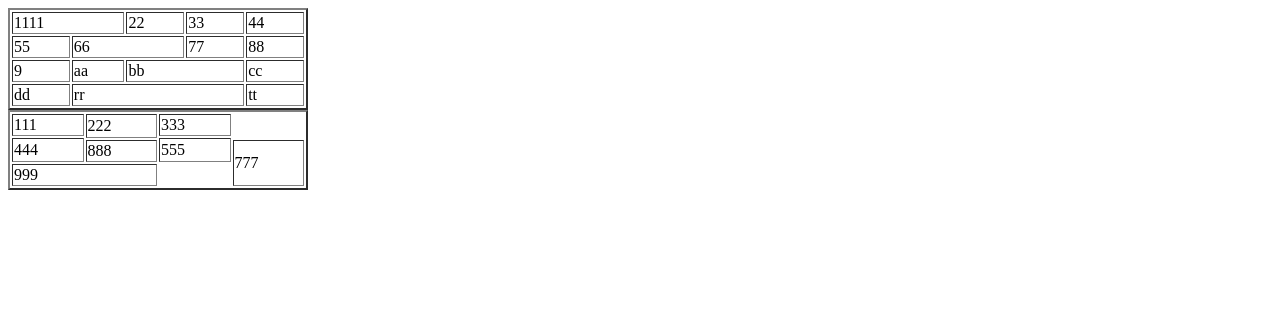
Repository: KseniaMakara/Web
Page: tables/index.html
These files come from the project's save history. The page is drawn as it stood at one moment and after the next save; the edit follows.
The browser window is 1280 px wide. The pictures show the whole page.

Above is the page before, as saved 2021-02-14 14:28:25.

### tables/index.html
<table border="2px" width="300px">

    <tr>
        <td colspan="2"> 1111 </td>
        <td> 22 </td>
        <td> 33 </td>
        <td> 44 </td>

    </tr>
    <tr>
        <td> 55 </td>
        <td colspan="2"> 66 </td>
        <td > 77 </td>
        <td> 88 </td>
    </tr>
    <tr>
        <td> 9 </td>
        <td > aa </td>
        <td colspan="2"> bb </td>
        <td> cc </td>
    </tr>
    <tr>
        <td> dd </td>
        <td colspan="3"> rr </td>
        <td> tt </td>
    </tr>

    </table>


    <table border="2px" width="300px">

        <tr>
            <td > 111 </td>
            <td rowspan="2">  222 </td>
            <td> 333 </td>

        </tr>
        <tr>
            <td rowspan="2"> 444 </td>
            <td rowspan="2"> 555 </td>

        </tr>
        <tr>
            <td> 888 </td>
            <td rowspan="3" > 777 </td>
        </tr>
        <tr>
            <td colspan = "2"> 999 </td>
        </tr>
        </table>

After the next save:
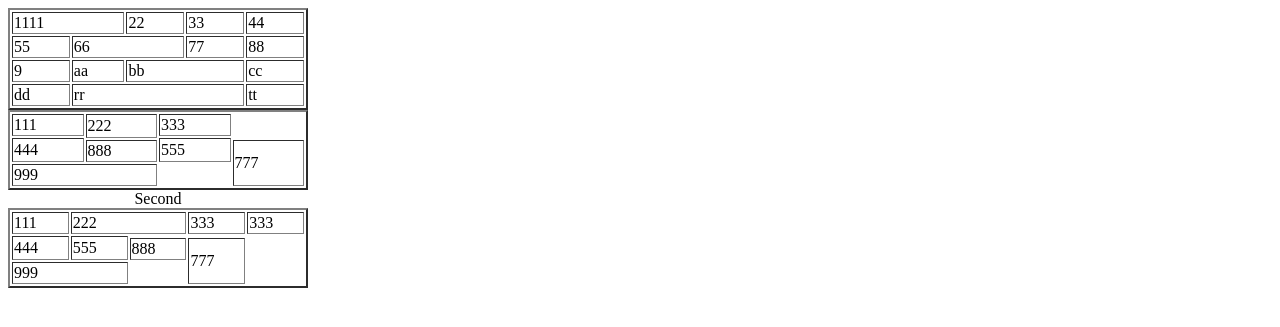
Saved 2 min 44 s later.
--- a/tables/index.html
+++ b/tables/index.html
@@ -49,3 +49,26 @@
             <td colspan = "2"> 999 </td>
         </tr>
         </table>
+
+        <table border="2px" width="300px">
+        <caption> Second <caption>
+            <tr>
+                <td > 111 </td>
+                <td colspan="2">  222 </td>
+                <td> 333 </td>
+                <td> 333 </td>
+
+            </tr>
+            <tr>
+                <td rowspan="2"> 444 </td>
+                <td rowspan="2"> 555 </td>
+
+            </tr>
+            <tr>
+                <td> 888 </td>
+                <td rowspan="3" > 777 </td>
+            </tr>
+            <tr>
+                <td colspan = "2"> 999 </td>
+            </tr>
+            </table>
